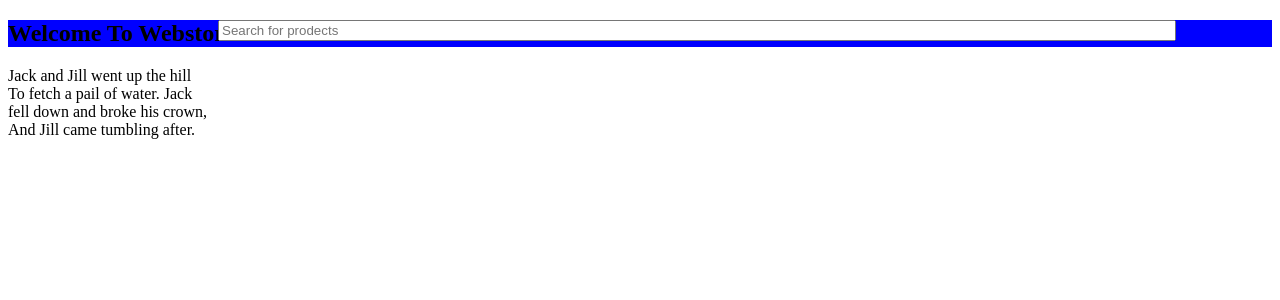
Repository: sourogithub/Final-yr-project-using-j2ee
Page: http://localhost/Webstore/JSP Pages/index.jsp
These files come from the project's save history. The page is drawn as it stood at one moment and after the next save; the edit follows.
The browser window is 1280 px wide. The pictures show the whole page.
The page is served by Tomcat 9.

Above is the page before, as saved 2017-04-11 07:27:41.

### Webstore/WebContent/JSP Pages/index.jsp
<%@ page language="java" contentType="text/html; charset=ISO-8859-1"
    pageEncoding="ISO-8859-1"%>
<!DOCTYPE html PUBLIC "-//W3C//DTD HTML 4.01 Transitional//EN" "http://www.w3.org/TR/html4/loose.dtd">
<html>
<head>
<meta http-equiv="Content-Type" content="text/html; charset=ISO-8859-1">
<title>Webstore</title>

</head>
<body>
<div id="top" style="background:blue">
<h2>Welcome To Webstore
<input type="text" placeholder="Search for prodects" required style="position:absolute;right:104px; border-width:2;float: right;width:950px;height30px"></h2>
</div>
<div id="mydiv" style="width:200px;background:white" onmouseover="this.style.background='gray';" onmouseout="this.style.background='white';">
    Jack and Jill went up the hill
    To fetch a pail of water.
    Jack fell down and broke his crown,
    And Jill came tumbling after.
    </div>
</body>
</html>

After the next save:
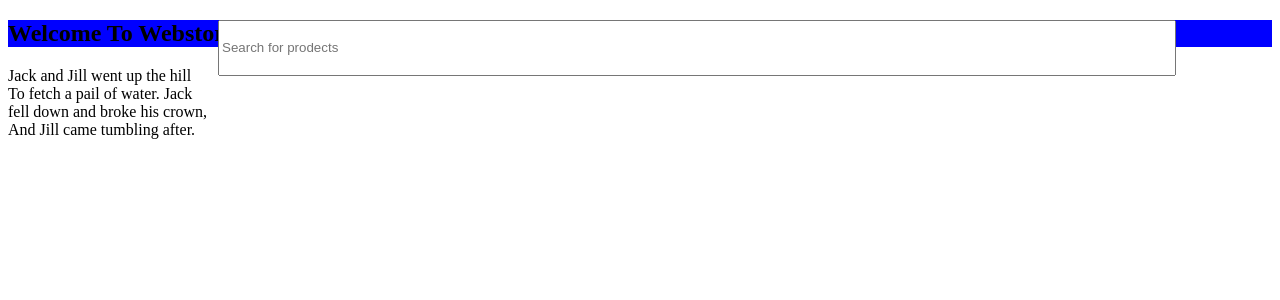
Saved 25 s later.
--- a/Webstore/WebContent/JSP Pages/index.jsp
+++ b/Webstore/WebContent/JSP Pages/index.jsp
@@ -10,7 +10,7 @@
 <body>
 <div id="top" style="background:blue">
 <h2>Welcome To Webstore
-<input type="text" placeholder="Search for prodects" required style="position:absolute;right:104px; border-width:2;float: right;width:950px;height30px"></h2>
+<input type="text" placeholder="Search for prodects" required style="position:absolute;right:104px; border-width:2;float: right;width:950px;height:50px"></h2>
 </div>
 <div id="mydiv" style="width:200px;background:white" onmouseover="this.style.background='gray';" onmouseout="this.style.background='white';">
     Jack and Jill went up the hill
